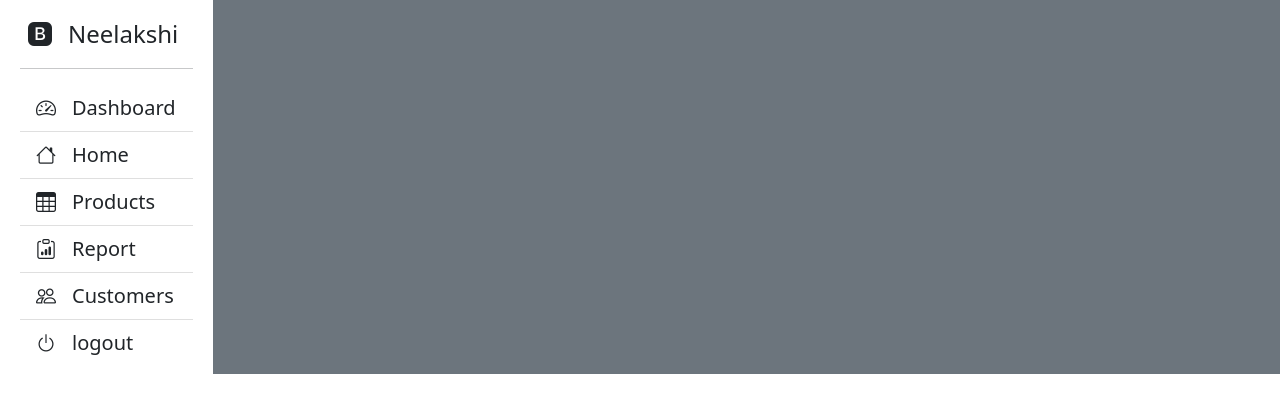
Repository: iqbalaamir/dashboard
Page: /
An editor plug-in stored every save of this project. The page is shown before and after the next save, followed by the edit.
The browser window is 1280 px wide. The pictures show the whole page.
The project was rebuilt for these pictures with package versions that can differ from the ones it lists, and the page was loaded fresh each time. Also part of the build but not shown: src/App.css.

Above is the page before, as saved 2023-04-24 19:09:53.

### src/App.js
import "./App.css";
import SidebarComponent from "./artifacts/SidebarComponent";


function App() {
  return (
<div className="container-fluid bg-secondary">
<div className="row">
<div className="col-2 bg-white">
<SidebarComponent/>
</div>
<div className="col-auto">

</div>
</div>
</div>
  );
}

export default App;

### src/artifacts/SidebarComponent.js
import React from 'react'
import "bootstrap/dist/css/bootstrap.min.css";
import "bootstrap-icons/font/bootstrap-icons.css";
import "./style.css"
function SidebarComponent() {
  return (
    <div className='bg-white sidebar p-2'>
        <div className='m-2'>
            <i className='bi bi-bootstrap-fill me-3 fs-4'></i>
            <span className='brand-name fs-4'>Neelakshi</span>
        </div>
        <hr className='text-dark'/>
        <div className='list-group list-group-flush'>
            <a className='list-group-item py-2'>
                <i className='bi bi-speedometer2 fs-5 me-3'></i>
                <span className='fs-5'>Dashboard</span>
            </a>
            <a className='list-group-item py-2'>
                <i className='bi bi-house fs-5 me-3'></i>
                <span className='fs-5'>Home</span>
            </a>
            <a className='list-group-item py-2'>
                <i className='bi bi-table fs-5 me-3'></i>
                <span className='fs-5'>Products</span>
            </a>
            <a className='list-group-item py-2'>
                <i className='bi bi-clipboard-data fs-5 me-3'></i>
                <span className='fs-5'>Report</span>
            </a>
            <a className='list-group-item py-2'>
                <i className='bi bi-people fs-5 me-3'></i>
                <span className='fs-5'>Customers</span>
            </a>
            <a className='list-group-item py-2'>
                <i className='bi bi-power fs-5 me-3'></i>
                <span className='fs-5'>logout</span>
            </a>


        </div>
    </div>
  )
}

export default SidebarComponent

### src/artifacts/style.css
.list-group a:hover{
   background-color:blue;
   color:white;
   cursor: pointer;
}

Loaded but not shown: public/index.html (common file); src/index.js (common file); src/index.css (common file); src/reportWebVitals.js (common file)

After the next save:
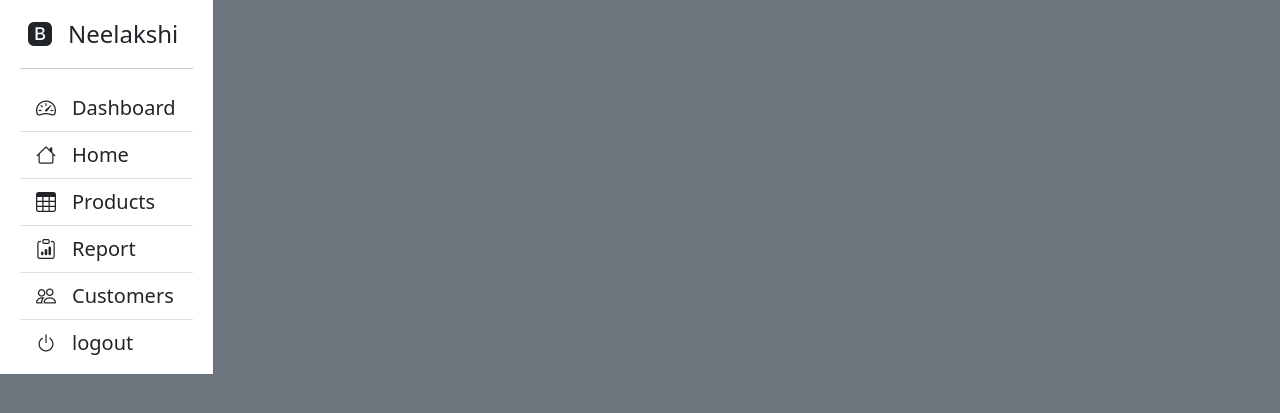
Saved 13 s later.
--- a/src/App.js
+++ b/src/App.js
@@ -4,7 +4,7 @@
 
 function App() {
   return (
-<div className="container-fluid bg-secondary">
+<div className="container-fluid bg-secondary min-vh-100">
 <div className="row">
 <div className="col-2 bg-white">
 <SidebarComponent/>

After the save that followed:
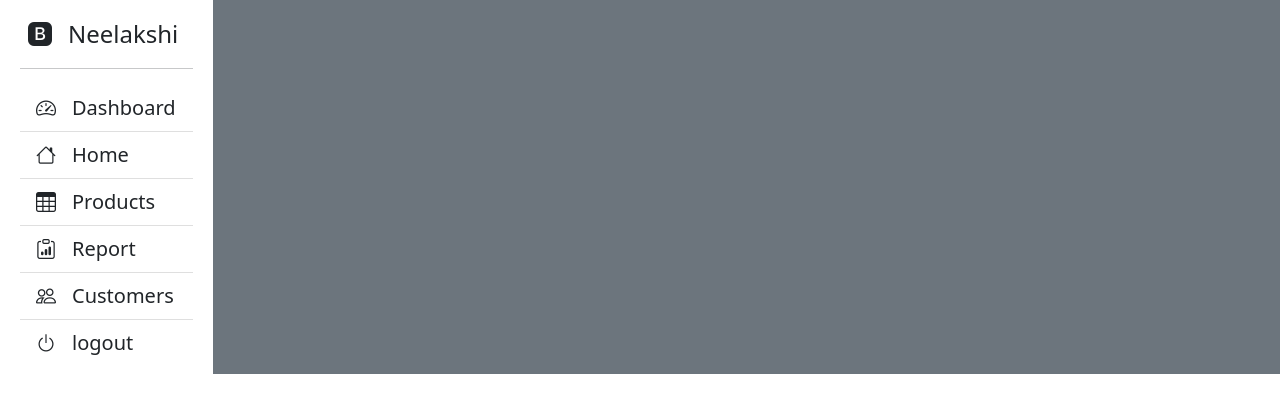
Saved 14 s later.
--- a/src/App.js
+++ b/src/App.js
@@ -4,7 +4,7 @@
 
 function App() {
   return (
-<div className="container-fluid bg-secondary min-vh-100">
+<div className="container-fluid bg-secondary min-vh100">
 <div className="row">
 <div className="col-2 bg-white">
 <SidebarComponent/>
